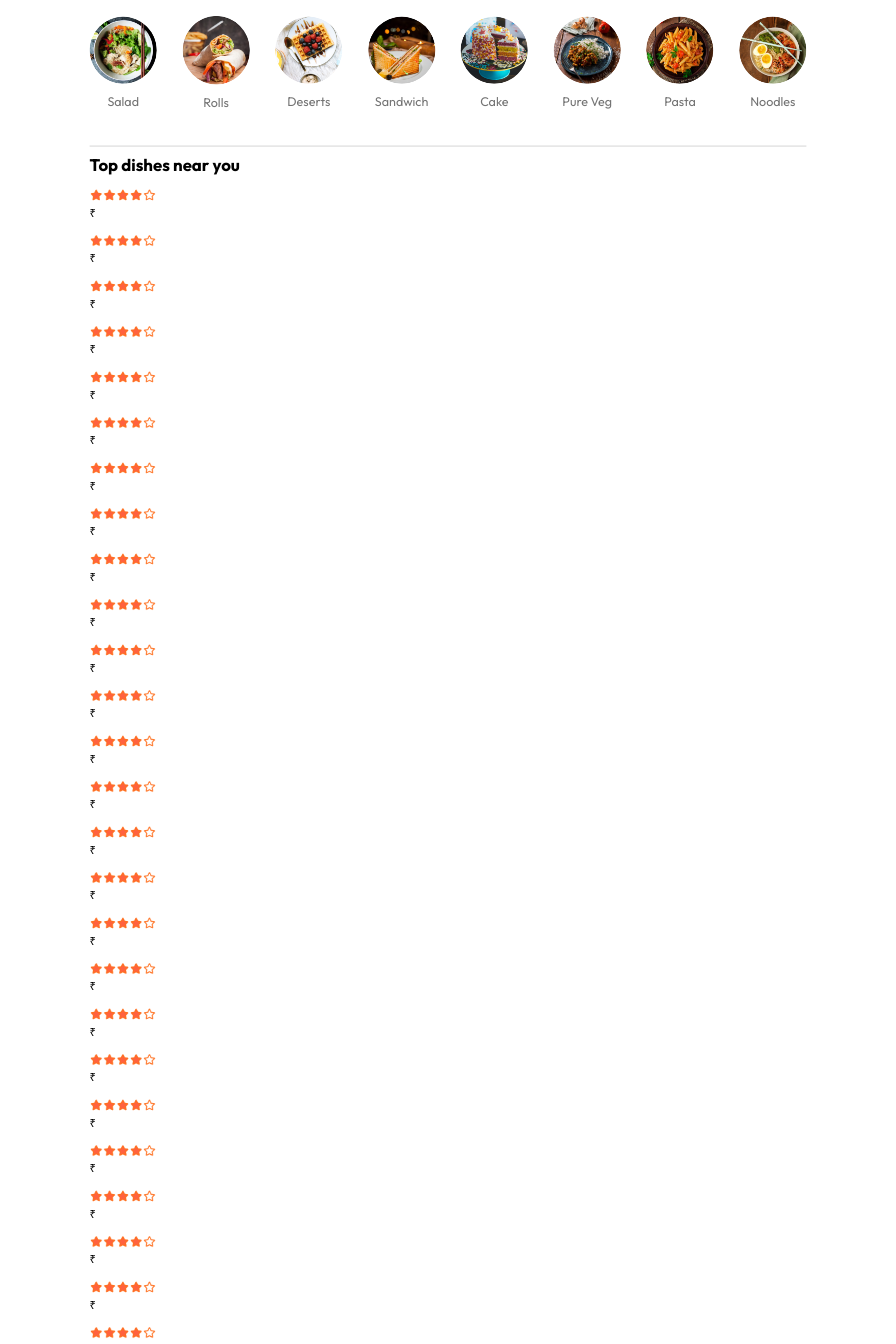
Repository: KartikChouhan03/food-delivery-app
Page: / (app in frontend/), after clicking the first element matching `button`
These files come from the project's save history. The page is drawn as it stood at one moment and after the next save; the edit follows.
The browser window is 1280 px wide. The pictures show the part of the page from y = 714 to 2634 px (the page is 3044 px tall before and 12772 px after), at 70% of full size.
Some web fonts or font styles are not loaded; a fallback is used. The project was rebuilt for these pictures with package versions that can differ from the ones it lists, and the page was loaded fresh each time. Also part of the build but not shown: frontend/vite.config.js, frontend/src/components/FoodDisplay/FoodDisplay.css, frontend/src/components/FoodItem/FoodItem.css, frontend/src/pages/Cart/Cart.css, frontend/src/pages/Cart/Cart.jsx, frontend/src/pages/PlaceOrder/PlaceOrder.css, frontend/src/pages/PlaceOrder/PlaceOrder.jsx.

Above is the page before, as saved 2025-08-16 00:10:16.

### frontend/index.html
<!doctype html>
<html lang="en">
  <head>
    <meta charset="UTF-8" />
    <link rel="icon" type="image/svg+xml" href="" />
    <meta name="viewport" content="width=device-width, initial-scale=1.0" />
    <title>Foodify</title>
  </head>
  <body>
    <div id="root"></div>
    <script type="module" src="/src/main.jsx"></script>
  </body>
</html>

### frontend/src/main.jsx
import { createRoot } from 'react-dom/client'
import './index.css'
import App from './App.jsx'
import { BrowserRouter} from 'react-router-dom'
import StoreContextProvider from './context/StoreContext.jsx'


createRoot(document.getElementById('root')).render(
  <BrowserRouter>
    <StoreContextProvider>
      <App />
    </StoreContextProvider>
  </BrowserRouter>


)

### frontend/src/index.css

@import url('https://fonts.googleapis.com/css2?family=Montserrat:ital,wght@0,100..900;1,100..900&family=Outfit:wght@100..900&family=Playfair+Display:ital,wght@0,400..900;1,400..900&display=swap');


*{
  padding: 0;
  margin: 0;
  box-sizing: border-box;
  font-family: Outfit;
}

body{
  min-height: 100vh;
}

a{
  text-decoration: none;
  color: inherit;
}

.app{
  width: 80%;
  margin: auto;
}

@keyframes fadeIn{
  0%{
    opacity: 0;
  }
  100%{
    opacity: 1;
  }
}

### frontend/src/App.jsx
import React from 'react'
import Navbar from './components/Navbar/Navbar'
import { Route, Routes } from 'react-router-dom'
import Home from './pages/Home/Home'
import Cart from './pages/Cart/Cart'
import PlaceOrder from './pages/PlaceOrder/PlaceOrder'


const App = () => {
  return (
    <div className='app'>
      <Navbar/>
      <Routes>
        <Route path="/" element={<Home />} />
        <Route path="/cart" element={<Cart />} />
        <Route path="/order" element={<PlaceOrder/>} />
      </Routes>
    </div>
  )
}

export default App

### frontend/src/context/StoreContext.jsx
import { createContext } from "react";
import { food_list } from "../assets/assets";


export const StoreContext = createContext(null)

const StoreContextProvider = (props) =>{


    const contextValue = {
        food_list
    }



    return (
        <StoreContext.Provider value ={contextValue}>
            {props.children}
        </StoreContext.Provider>
    )

}

export default StoreContextProvider;

### frontend/src/components/Navbar/Navbar.jsx
import React, { useState } from 'react'
import './Navbar.css'
import {assets} from '../../assets/assets.js'


const Navbar = () => {

  const [menu,setMenu] = useState("home");


  return (
    <div className='navbar'>
      <img className='logo' src={assets.logo} alt="" />
      <ul className='navbar-menu'>
        <li onClick={()=>setMenu("home")} className={menu==="home"?"active":""}>home</li>
        <li onClick={()=>setMenu("menu")} className={menu==="menu"?"active":""}>menu</li>
        <li onClick={()=>setMenu("mobile-app")} className={menu==="mobile-app"?"active":""}>mobile-app</li>
        <li onClick={()=>setMenu("contact-us")} className={menu==="contact-us"?"active":""}>contact us</li>
      </ul>
      <div className="navbar-right">
        <img src={assets.search_icon} alt="" />
        <div className='navbar-search-icon'>
          <img src={assets.basket_icon} alt="" />
          <div className='dot'></div>
        </div>
        <button>Sign in</button>
      </div>
    </div>
  )
}

export default Navbar

### frontend/src/pages/Home/Home.jsx
import React, { useState } from 'react'
import './Home.css'
import Header from '../../components/Header/Header'
import ExploreMenu from '../../components/ExploreMenu/ExploreMenu'
import FoodDisplay from '../../components/FoodDisplay/FoodDisplay'

const Home = () => {

    const [category,setCategory] = useState("All");

  return (
    <div>
      <Header/>
      <ExploreMenu category={category} setCategory={setCategory} />
      <FoodDisplay category={category}/>
    </div>
  )
}

export default Home

### frontend/src/assets/assets.js
import basket_icon from './basket_icon.png'
import logo from './logo.png'
import header_img from './header_img.png'
import search_icon from './search_icon.png'
import menu_1 from './menu_1.png'
import menu_2 from './menu_2.png'
import menu_3 from './menu_3.png'
import menu_4 from './menu_4.png'
import menu_5 from './menu_5.png'
import menu_6 from './menu_6.png'
import menu_7 from './menu_7.png'
import menu_8 from './menu_8.png'

import food_1 from './food_1.png'
import food_2 from './food_2.png'
import food_3 from './food_3.png'
import food_4 from './food_4.png'
import food_5 from './food_5.png'
import food_6 from './food_6.png'
import food_7 from './food_7.png'
import food_8 from './food_8.png'
import food_9 from './food_9.png'
import food_10 from './food_10.png'
import food_11 from './food_11.png'
import food_12 from './food_12.png'
import food_13 from './food_13.png'
import food_14 from './food_14.png'
import food_15 from './food_15.png'
import food_16 from './food_16.png'
import food_17 from './food_17.png'
import food_18 from './food_18.png'
import food_19 from './food_19.png'
import food_20 from './food_20.png'
import food_21 from './food_21.png'
import food_22 from './food_22.png'
import food_23 from './food_23.png'
import food_24 from './food_24.png'
import food_25 from './food_25.png'
import food_26 from './food_26.png'
import food_27 from './food_27.png'
import food_28 from './food_28.png'
import food_29 from './food_29.png'
import food_30 from './food_30.png'
import food_31 from './food_31.png'
import food_32 from './food_32.png'

import add_icon_white from './add_icon_white.png'
import add_icon_green from './add_icon_green.png'
import remove_icon_red from './remove_icon_red.png'
import app_store from './app_store.png'
import play_store from './play_store.png'
import linkedin_icon from './linkedin_icon.png'
import facebook_icon from './facebook_icon.png'
import twitter_icon from './twitter_icon.png'
import cross_icon from './cross_icon.png'
import selector_icon from './selector_icon.png'
import rating_starts from './rating_starts.png'
import profile_icon from './profile_icon.png'
import bag_icon from './bag_icon.png'
import logout_icon from './logout_icon.png'
import parcel_icon from './parcel_icon.png'

export const assets = {
    logo,
    basket_icon,
    header_img,
    search_icon,
    rating_starts,
    add_icon_green,
    add_icon_white,
    remove_icon_red,
    app_store,
    play_store,
    linkedin_icon,
    facebook_icon,
    twitter_icon,
    cross_icon,
    selector_icon,
    profile_icon,
    logout_icon,
    bag_icon,
    parcel_icon
}

export const menu_list = [
    {
        menu_name: "Salad",
        menu_image: menu_1
    },
    {
        menu_name: "Rolls",
        menu_image: menu_2
    },
    {
        menu_name: "Deserts",
        menu_image: menu_3
    },
    {
        menu_name: "Sandwich",
        menu_image: menu_4
    },
    {
        menu_name: "Cake",
        menu_image: menu_5
    },
    {
        menu_name: "Pure Veg",
        menu_image: menu_6
    },
    {
        menu_name: "Pasta",
        menu_image: menu_7
    },
    {
        menu_name: "Noodles",
        menu_image: menu_8
    }]

export const food_list = [
    {
        _id: "1",
        name: "Greek salad",
        image: food_1,
        price: 12,
        description: "Food provides essential nutrients for overall health and well-being",
        category: "Salad"
    },
    {
        _id: "2",
        name: "Veg salad",
        image: food_2,
        price: 18,
        description: "Food provides essential nutrients for overall health and well-being",
        category: "Salad"
    }, {
        _id: "3",
        name: "Clover Salad",
        image: food_3,
        price: 16,
        description: "Food provides essential nutrients for overall health and well-being",
        category: "Salad"
    }, {
        _id: "4",
        name: "Chicken Salad",
        image: food_4,
        price: 24,
        description: "Food provides essential nutrients for overall health and well-being",
        category: "Salad"
    }, {
        _id: "5",
        name: "Lasagna Rolls",
        image: food_5,
        price: 14,
        description: "Food provides essential nutrients for overall health and well-being",
        category: "Rolls"
    }, {
        _id: "6",
        name: "Peri Peri Rolls",
        image: food_6,
        price: 12,
        description: "Food provides essential nutrients for overall health and well-being",
        category: "Rolls"
    }, {
        _id: "7",
        name: "Chicken Rolls",
        image: food_7,
        price: 20,
        description: "Food provides essential nutrients for overall health and well-being",
        category: "Rolls"
    }, {
        _id: "8",
        name: "Veg Rolls",
        image: food_8,
        price: 15,
        description: "Food provides essential nutrients for overall health and well-being",
        category: "Rolls"
    }, {
        _id: "9",
        name: "Ripple Ice Cream",
        image: food_9,
        price: 14,
        description: "Food provides essential nutrients for overall health and well-being",
        category: "Deserts"
    }, {
        _id: "10",
        name: "Fruit Ice Cream",
        image: food_10,
        price: 22,
        description: "Food provides essential nutrients for overall health and well-being",
        category: "Deserts"
    }, {
        _id: "11",
        name: "Jar Ice Cream",
        image: food_11,
        price: 10,
        description: "Food provides essential nutrients for overall health and well-being",
        category: "Deserts"
    }, {
        _id: "12",
        name: "Vanilla Ice Cream",
        image: food_12,
        price: 12,
        description: "Food provides essential nutrients for overall health and well-being",
        category: "Deserts"
    },
    {
        _id: "13",
        name: "Chicken Sandwich",
        image: food_13,
        price: 12,
        description: "Food provides essential nutrients for overall health and well-being",
        category: "Sandwich"
    },
    {
        _id: "14",
        name: "Vegan Sandwich",
        image: food_14,
        price: 18,
        description: "Food provides essential nutrients for overall health and well-being",
        category: "Sandwich"
    }, {
        _id: "15",
        name: "Grilled Sandwich",
        image: food_15,
        price: 16,
        description: "Food provides essential nutrients for overall health and well-being",
        category: "Sandwich"
    }, {
        _id: "16",
        name: "Bread Sandwich",
        image: food_16,
        price: 24,
        description: "Food provides essential nutrients for overall health and well-being",
        category: "Sandwich"
    }, {
        _id: "17",
        name: "Cup Cake",
        image: food_17,
        price: 14,
        description: "Food provides essential nutrients for overall health and well-being",
        category: "Cake"
    }, {
        _id: "18",
        name: "Vegan Cake",
        image: food_18,
        price: 12,
        description: "Food provides essential nutrients for overall health and well-being",
        category: "Cake"
    }, {
        _id: "19",
        name: "Butterscotch Cake",
        image: food_19,
        price: 20,
        description: "Food provides essential nutrients for overall health and well-being",
        category: "Cake"
    }, {
        _id: "20",
        name: "Sliced Cake",
        image: food_20,
        price: 15,
        description: "Food provides essential nutrients for overall health and well-being",
        category: "Cake"
    }, {
        _id: "21",
        name: "Garlic Mushroom ",
        image: food_21,
        price: 14,
        description: "Food provides essential nutrients for overall health and well-being",
        category: "Pure Veg"
    }, {
        _id: "22",
        name: "Fried Cauliflower",
        image: food_22,
        price: 22,
        description: "Food provides essential nutrients for overall health and well-being",
        category: "Pure Veg"
    }, {
        _id: "23",
        name: "Mix Veg Pulao",
        image: food_23,
        price: 10,
        description: "Food provides essential nutrients for overall health and well-being",
        category: "Pure Veg"
    }, {
        _id: "24",
        name: "Rice Zucchini",
        image: food_24,
        price: 12,
        description: "Food provides essential nutrients for overall health and well-being",
        category: "Pure Veg"
    },
    {
        _id: "25",
        name: "Cheese Pasta",
        image: food_25,
        price: 12,
        description: "Food provides essential nutrients for overall health and well-being",
        category: "Pasta"
    },
    {
        _id: "26",
        name: "Tomato Pasta",
        image: food_26,
        price: 18,
        description: "Food provides essential nutrients for overall health and well-being",
        category: "Pasta"
    }, {
        _id: "27",
        name: "Creamy Pasta",
        image: food_27,
        price: 16,
        description: "Food provides essential nutrients for overall health and well-being",
        category: "Pasta"
    }, {
        _id: "28",
        name: "Chicken Pasta",
        image: food_28,
        price: 24,
        description: "Food provides essential nutrients for overall health and well-being",
        category: "Pasta"
    }, {
        _id: "29",
        name: "Buttter Noodles",
        image: food_29,
        price: 14,
        description: "Food provides essential nutrients for overall health and well-being",
        category: "Noodles"
    }, {
        _id: "30",
        name: "Veg Noodles",
        image: food_30,
        price: 12,
        description: "Food provides essential nutrients for overall health and well-being",
        category: "Noodles"
    }, {
        _id: "31",
        name: "Somen Noodles",
        image: food_31,
        price: 20,
        description: "Food provides essential nutrients for overall health and well-being",
        category: "Noodles"
    }, {
        _id: "32",
        name: "Cooked Noodles",
        image: food_32,
        price: 15,
        description: "Food provides essential nutrients for overall health and well-being",
        category: "Noodles"
    }
]

### frontend/src/components/Navbar/Navbar.css
.navbar{
    padding: 20px 0px;
    display: flex;
    justify-content: space-between;
    align-items: center;
}

.navbar .logo{
    width: 150px;
}

.navbar-menu{
    display: flex;
    list-style: none;
    gap: 20px;
    color: #49557e;
    font-size: 18px;
}

.navbar-right{
    display: flex;
    align-items: center;
    gap: 40px;
}

.navbar button{
    background: transparent;
    font-size: 16px;
    color: #49557e;
    border: 1px solid tomato;
    padding: 10px 30px;
    border-radius: 50px;
    cursor: pointer;
    transition: 0.4s;
}

.navbar button:hover{
    background-color: #fff4f2;
}

.navbar .active{
    padding-bottom: 2px;
    border-bottom: 2px solid #49557e;
}

.navbar li{
    cursor: pointer;
}

.navbar-search-icon {
    position: relative;
}

.navbar-search-icon .dot{
    position: absolute;
    min-width: 10px;
    min-height: 10px;
    background-color: tomato;
    border-radius:5px ;
    top: -8px;
    right: -8px;
}

### frontend/src/components/Header/Header.jsx
import React from 'react'
import './Header.css'

const Header = () => {
  return (
    <div className='header'>
      <div className="header-contents">
        <h2>Order your favourite food here</h2>
        <p>Choose from a diverse menu featuring a delectable array of dishes crafted with the finest ingredients and culinary expertise. Our mission is to statisfy your craving and elevate your dining experience, one delicious meal at a time.</p>
        <button>View Menu</button>
      </div>
    </div>
  )
}

export default Header

### frontend/src/components/ExploreMenu/ExploreMenu.jsx
import React from 'react'
import './ExploreMenu.css'
import { menu_list } from '../../assets/assets.js'


const ExploreMenu = ({category,setCategory}) => {
  return (
    <div className='explore-menu' id='explore-menu'>
      <h1>Explore our menu</h1>
      <p className='explore-menu-text'>Choose from a diverse menu featuring a delectable array of dishes crafted with the finest ingredients and culinary expertise. Our mission is to statisfy your craving and elevate your dining experience, one delicious meal at a time. </p>
      <div className='explore-menu-list'>
        {menu_list.map((item, index)=>{
            return(
                <div onClick={()=>setCategory(prev=>prev===item.menu_name?"All":item.menu_name)} key={index} className="explore-menu-list-item">
                    <img className={category===item.menu_name?"active":""} src={item.menu_image} alt="" />
                    <p>{item.menu_name}</p>
                </div>
            )
        })}
      </div>
      <hr />
    </div>
  )
}

export default ExploreMenu

### frontend/src/components/FoodDisplay/FoodDisplay.jsx
import React, { useContext } from 'react'
import './FoodDisplay.css'
import { StoreContext } from '../../context/StoreContext'
import FoodItem from '../FoodItem/FoodItem'


const FoodDisplay = (category) => {

    const {food_list} = useContext(StoreContext)

  return (
    <div className='food-display' id='food-display'>
       <h2>Top dishes near you</h2>
       <div className="food-display-list">
        {food_list.map((item,index)=>{
            return <FoodItem key={index} id={item.id} name={item.name} description={item.description} price= {item.price} image={item.image}/>
        })}
       </div>
    </div>
  )
}

export default FoodDisplay

### frontend/src/components/Header/Header.css
.header{
    height: 34vw;
    margin: 30px auto;
    background:url('./header_img.png') no-repeat ;
    background-size: contain;
    position: relative;
}

.header-contents{
    position: absolute;
    display: flex;
    flex-direction: column;
    align-items: start;
    gap: 1.5vw;
    max-width: 50%;
    bottom: 10%;
    left: 6vw;
    animation:fadeIn 3s;
}

.header-contents h2{
    font-weight: 500;
    color:white;
    font-size: max(4.5vw, 22px) ;

}

.header-contents p{
    color: white;
    font-size: 1vw;
}

.header-contents button{
    border: none;
    color: #747474;
    font-weight: 500;
    padding: 1vw 2.3vw;
    background-color: white;
    font-size: max(1vw,13px);
    border-radius:50px ;
}

### frontend/src/components/ExploreMenu/ExploreMenu.css
.explore-menu{
    display: flex;
    flex-direction: column ;
    gap: 20px;
}

.explore-menu h1{
    color: #262626;
    font-weight: 500;
}

.explore-menu-text{
    max-width: 60%;
    columns: #808080;
}

.explore-menu-list{
    display: flex;
    justify-content: space-between;
    align-items: center;
    gap: 30px;
    text-align: center;
    margin: 20px 0px;
    overflow: scroll;
}

.explore-menu-list::-webkit-scrollbar{
    display: none;
}

.explore-menu-list-item img{
    width: 7.5vw;
    min-width: 80px;
    cursor: pointer;
    border-radius: 50%;
    transition: 0.3s;
}

.explore-menu-list-item p {
    margin-top: 10px;
    color: #747474;
    font-size: max(1.4vw,16px);
    cursor: pointer;
}

.explore-menu hr{
    margin: 10px 0px;
    height: 2px;
    background-color: #e2e2e2;
    border: none;
}

.explore-menu-list-item .active{
    border: 4px solid tomato;
    padding: 32;
}

### frontend/src/components/FoodItem/FoodItem.jsx
import React from 'react'
import './FoodItem.css'
import { assets } from '../../assets/assets'

const FoodItem = (id,name,price, description, image)=> {
  return (
    <div className='food-item'>
      <div className="food-item-img-container">
        <img className="food-item-image" src={image} alt="" />
      </div>
      <div className="food-item-info">
        <div className="food-item-name-rating">
            <p>{name}</p>
            <img src={assets.rating_starts} alt="" />
        </div>
        <p className="food-item-desc">{description}</p>
        <p className="food-item-price">₹{price}</p>
      </div>
    </div>
  )
}

export default FoodItem

Loaded but not shown: frontend/src/pages/Home/Home.css (no stored copy; drawn as an empty file)

After the next save:
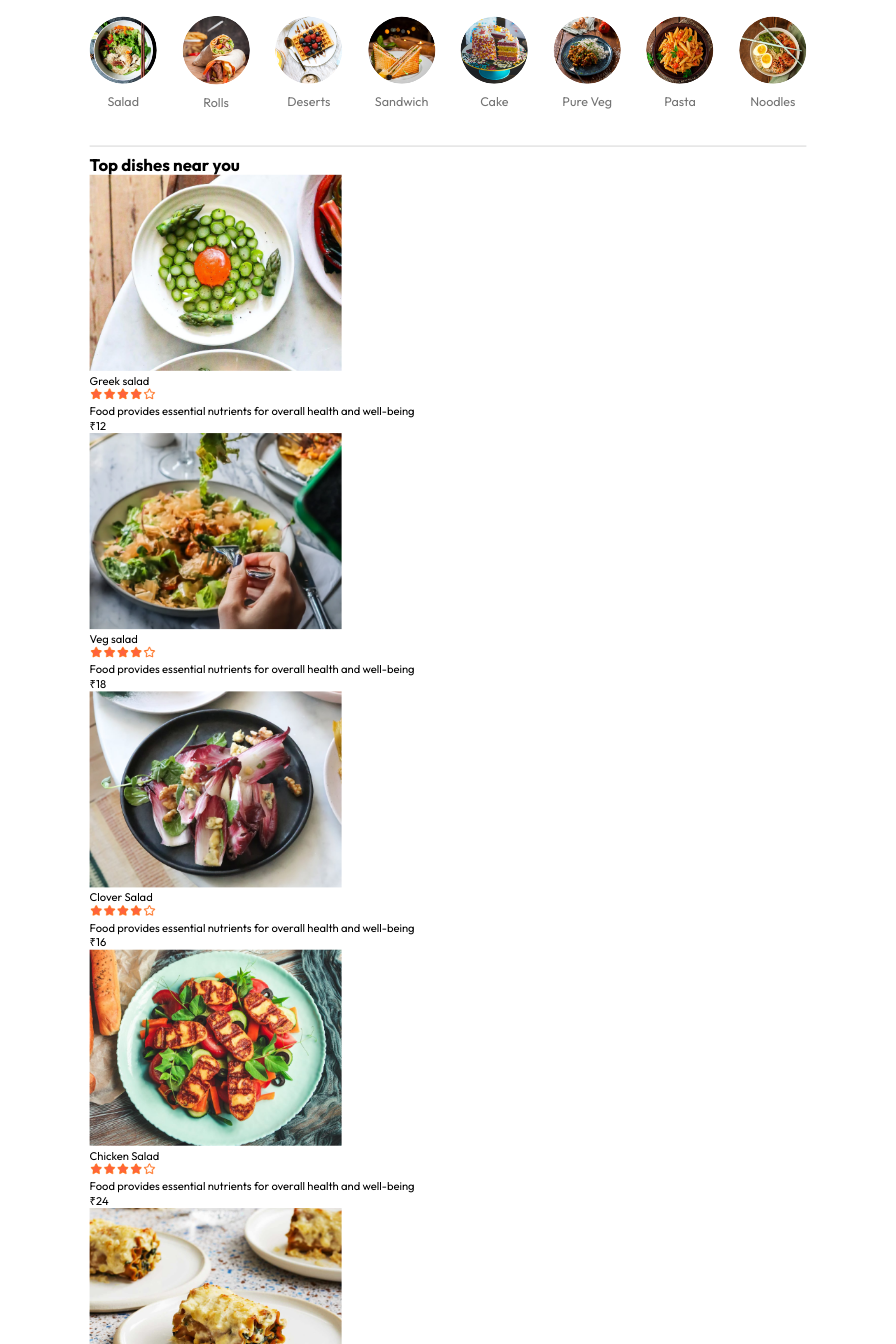
Saved 2 min 51 s later.
--- a/frontend/src/components/FoodItem/FoodItem.jsx
+++ b/frontend/src/components/FoodItem/FoodItem.jsx
@@ -2,16 +2,16 @@ import React from 'react'
 import './FoodItem.css'
 import { assets } from '../../assets/assets'
 
-const FoodItem = (id,name,price, description, image)=> {
+const FoodItem = ({id, name, price, description, image}) => {
   return (
     <div className='food-item'>
       <div className="food-item-img-container">
-        <img className="food-item-image" src={image} alt="" />
+        <img className="food-item-image" src={image} alt={name} />
       </div>
       <div className="food-item-info">
         <div className="food-item-name-rating">
             <p>{name}</p>
-            <img src={assets.rating_starts} alt="" />
+            <img src={assets.rating_starts} alt="rating" />
         </div>
         <p className="food-item-desc">{description}</p>
         <p className="food-item-price">₹{price}</p>
